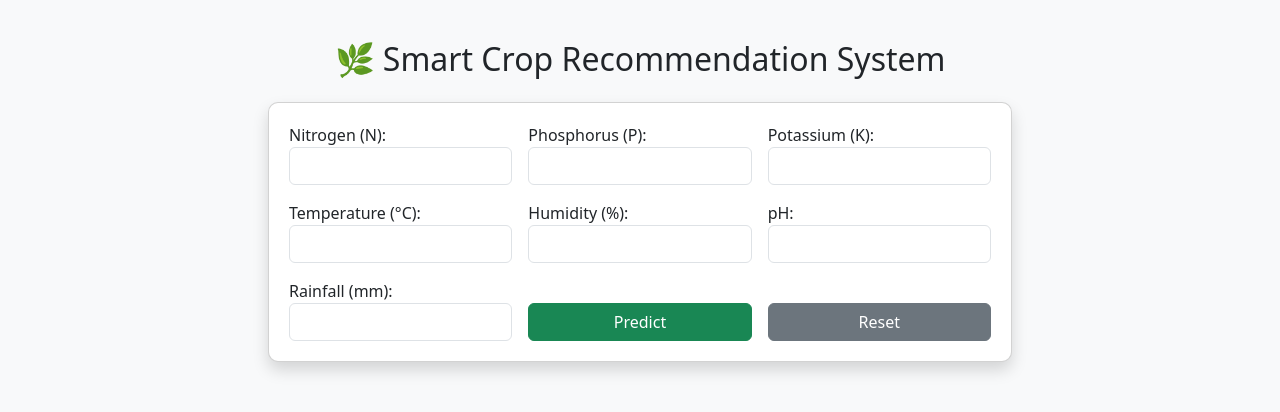
Repository: imdhanush13/Smart-Crop-recom
Page: http://localhost/
These files come from the project's save history. The page is drawn as it stood at one moment and after the next save; the edit follows.
The browser window is 1280 px wide. The pictures show the whole page.
The page is served by the project's application, run on Flask 3 (app.py).

Above is the page before, as saved 2025-06-15 20:28:12.

After the next save:
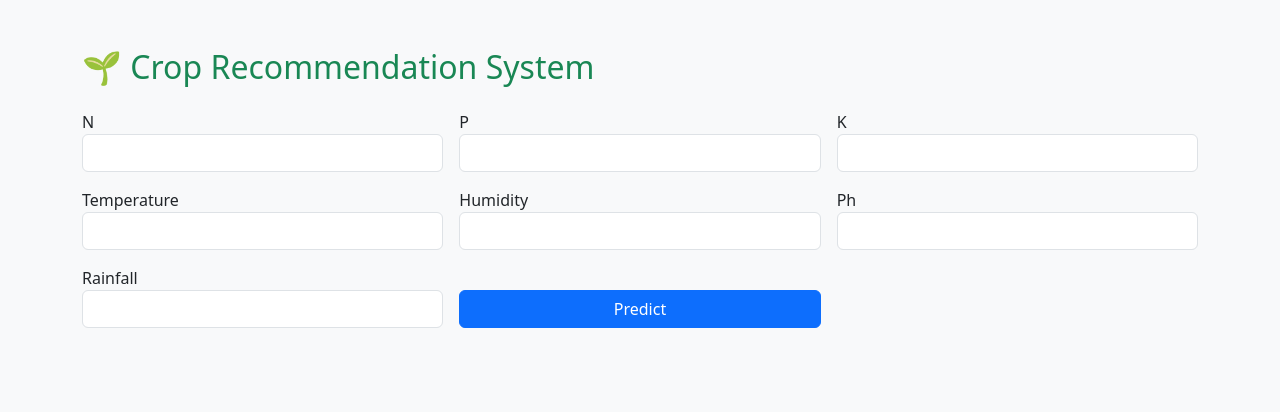
Saved 3 min 12 s later.
--- a/templates/index.html
+++ b/templates/index.html
@@ -2,70 +2,30 @@
 <html lang="en">
 <head>
     <meta charset="UTF-8">
-    <title>Crop Recommendation System</title>
+    <title>Crop Recommendation</title>
     <link href="https://cdn.jsdelivr.net/npm/bootstrap@5.3.3/dist/css/bootstrap.min.css" rel="stylesheet">
-    <style>
-        body {
-            background-color: #f8f9fa;
-        }
-        .container {
-            margin-top: 40px;
-        }
-        .card {
-            padding: 20px;
-            border-radius: 10px;
-        }
-    </style>
 </head>
-<body>
-    <div class="container">
-        <h2 class="text-center mb-4">🌿 Smart Crop Recommendation System</h2>
-        <div class="card shadow col-lg-8 mx-auto">
-            <form method="POST" action="/">
-                <div class="row g-3">
-                    <div class="col-md-4">
-                        <label>Nitrogen (N):</label>
-                        <input type="number" name="N" class="form-control" required>
-                    </div>
-                    <div class="col-md-4">
-                        <label>Phosphorus (P):</label>
-                        <input type="number" name="P" class="form-control" required>
-                    </div>
-                    <div class="col-md-4">
-                        <label>Potassium (K):</label>
-                        <input type="number" name="K" class="form-control" required>
-                    </div>
-                    <div class="col-md-4">
-                        <label>Temperature (°C):</label>
-                        <input type="number" step="any" name="temperature" class="form-control" required>
-                    </div>
-                    <div class="col-md-4">
-                        <label>Humidity (%):</label>
-                        <input type="number" step="any" name="humidity" class="form-control" required>
-                    </div>
-                    <div class="col-md-4">
-                        <label>pH:</label>
-                        <input type="number" step="any" name="ph" class="form-control" required>
-                    </div>
-                    <div class="col-md-4">
-                        <label>Rainfall (mm):</label>
-                        <input type="number" step="any" name="rainfall" class="form-control" required>
-                    </div>
-                    <div class="col-md-4 d-flex align-items-end">
-                        <input type="submit" value="Predict" class="btn btn-success w-100">
-                    </div>
-                    <div class="col-md-4 d-flex align-items-end">
-                        <a href="/" class="btn btn-secondary w-100">Reset</a>
-                    </div>
+<body class="bg-light">
+    <div class="container mt-5">
+        <h2 class="mb-4 text-success">🌱 Crop Recommendation System</h2>
+        <form method="POST">
+            <div class="row g-3">
+                {% for label in ['N', 'P', 'K', 'temperature', 'humidity', 'ph', 'rainfall'] %}
+                <div class="col-md-4">
+                    <label>{{ label.capitalize() }}</label>
+                    <input type="number" step="any" name="{{ label }}" class="form-control" required>
                 </div>
-            </form>
-
-            {% if prediction_text %}
-            <div class="alert alert-info mt-4 text-center">
-                <h5>{{ prediction_text }}</h5>
+                {% endfor %}
+                <div class="col-md-4 d-flex align-items-end">
+                    <button type="submit" class="btn btn-primary w-100">Predict</button>
+                </div>
             </div>
-            {% endif %}
-        </div>
+        </form>
+        {% if prediction_text %}
+            <div class="alert alert-info mt-4">
+                {{ prediction_text }}
+            </div>
+        {% endif %}
     </div>
 </body>
 </html>

After the save that followed:
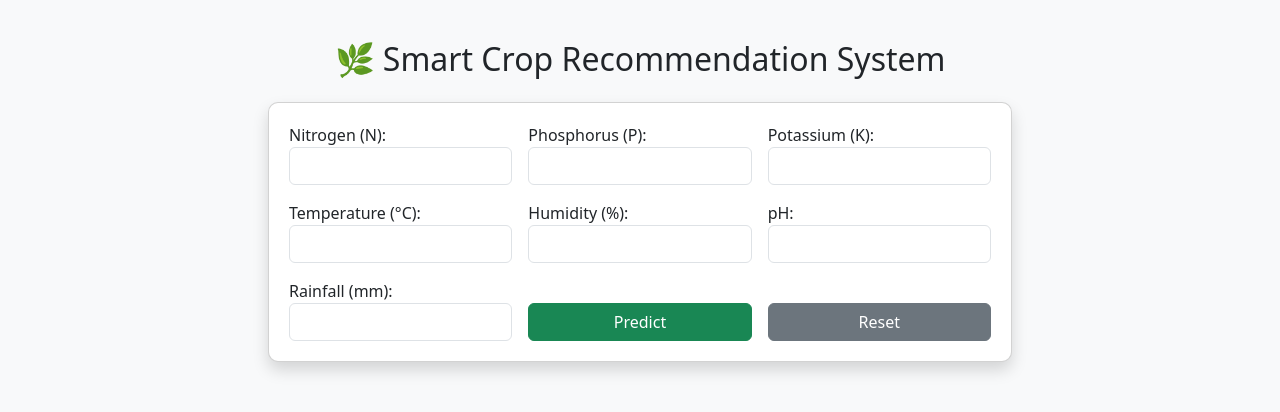
Saved 52 s later.
--- a/templates/index.html
+++ b/templates/index.html
@@ -2,30 +2,70 @@
 <html lang="en">
 <head>
     <meta charset="UTF-8">
-    <title>Crop Recommendation</title>
+    <title>Crop Recommendation System</title>
     <link href="https://cdn.jsdelivr.net/npm/bootstrap@5.3.3/dist/css/bootstrap.min.css" rel="stylesheet">
+    <style>
+        body {
+            background-color: #f8f9fa;
+        }
+        .container {
+            margin-top: 40px;
+        }
+        .card {
+            padding: 20px;
+            border-radius: 10px;
+        }
+    </style>
 </head>
-<body class="bg-light">
-    <div class="container mt-5">
-        <h2 class="mb-4 text-success">🌱 Crop Recommendation System</h2>
-        <form method="POST">
-            <div class="row g-3">
-                {% for label in ['N', 'P', 'K', 'temperature', 'humidity', 'ph', 'rainfall'] %}
-                <div class="col-md-4">
-                    <label>{{ label.capitalize() }}</label>
-                    <input type="number" step="any" name="{{ label }}" class="form-control" required>
+<body>
+    <div class="container">
+        <h2 class="text-center mb-4">🌿 Smart Crop Recommendation System</h2>
+        <div class="card shadow col-lg-8 mx-auto">
+            <form method="POST" action="/">
+                <div class="row g-3">
+                    <div class="col-md-4">
+                        <label>Nitrogen (N):</label>
+                        <input type="number" name="N" class="form-control" required>
+                    </div>
+                    <div class="col-md-4">
+                        <label>Phosphorus (P):</label>
+                        <input type="number" name="P" class="form-control" required>
+                    </div>
+                    <div class="col-md-4">
+                        <label>Potassium (K):</label>
+                        <input type="number" name="K" class="form-control" required>
+                    </div>
+                    <div class="col-md-4">
+                        <label>Temperature (°C):</label>
+                        <input type="number" step="any" name="temperature" class="form-control" required>
+                    </div>
+                    <div class="col-md-4">
+                        <label>Humidity (%):</label>
+                        <input type="number" step="any" name="humidity" class="form-control" required>
+                    </div>
+                    <div class="col-md-4">
+                        <label>pH:</label>
+                        <input type="number" step="any" name="ph" class="form-control" required>
+                    </div>
+                    <div class="col-md-4">
+                        <label>Rainfall (mm):</label>
+                        <input type="number" step="any" name="rainfall" class="form-control" required>
+                    </div>
+                    <div class="col-md-4 d-flex align-items-end">
+                        <input type="submit" value="Predict" class="btn btn-success w-100">
+                    </div>
+                    <div class="col-md-4 d-flex align-items-end">
+                        <a href="/" class="btn btn-secondary w-100">Reset</a>
+                    </div>
                 </div>
-                {% endfor %}
-                <div class="col-md-4 d-flex align-items-end">
-                    <button type="submit" class="btn btn-primary w-100">Predict</button>
-                </div>
+            </form>
+
+            {% if prediction_text %}
+            <div class="alert alert-info mt-4 text-center">
+                <h5>{{ prediction_text }}</h5>
             </div>
-        </form>
-        {% if prediction_text %}
-            <div class="alert alert-info mt-4">
-                {{ prediction_text }}
-            </div>
-        {% endif %}
+            {% endif %}
+        </div>
     </div>
 </body>
 </html>
